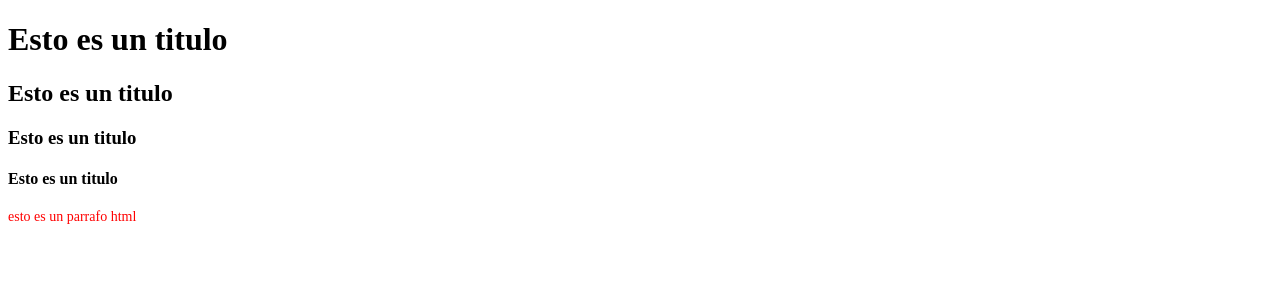
Repository: gazagal/workspace
Page: login-web-app/src/main/webapp/index.html
The author's editor kept a copy of each file at every save. The page is drawn from the files as they stood at one save, then again after the next save.
The browser window is 1280 px wide. The pictures show the whole page.

Above is the page before, as saved 2016-06-20 16:34:37.

After the next save:
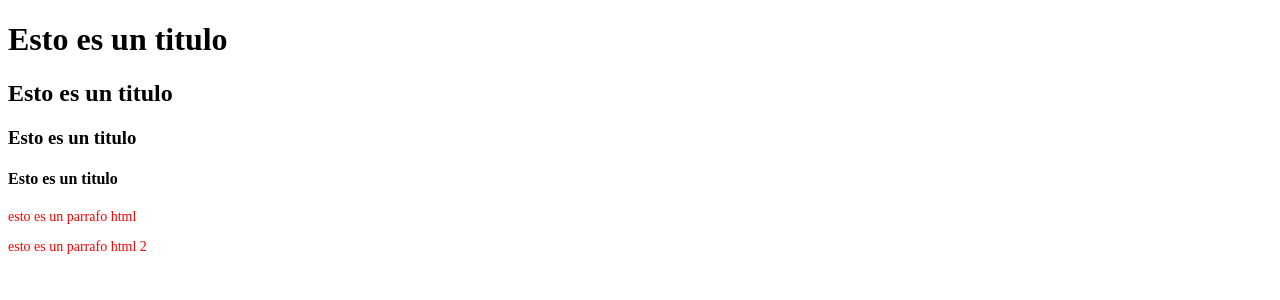
Saved 40 s later.
--- a/login-web-app/src/main/webapp/index.html
+++ b/login-web-app/src/main/webapp/index.html
@@ -15,6 +15,7 @@
 	<h4>Esto es un titulo</h4>
 
 	<p>esto es un parrafo html</p>
+	<p>esto es un parrafo html 2</p>
 
 </body>
 </html>
